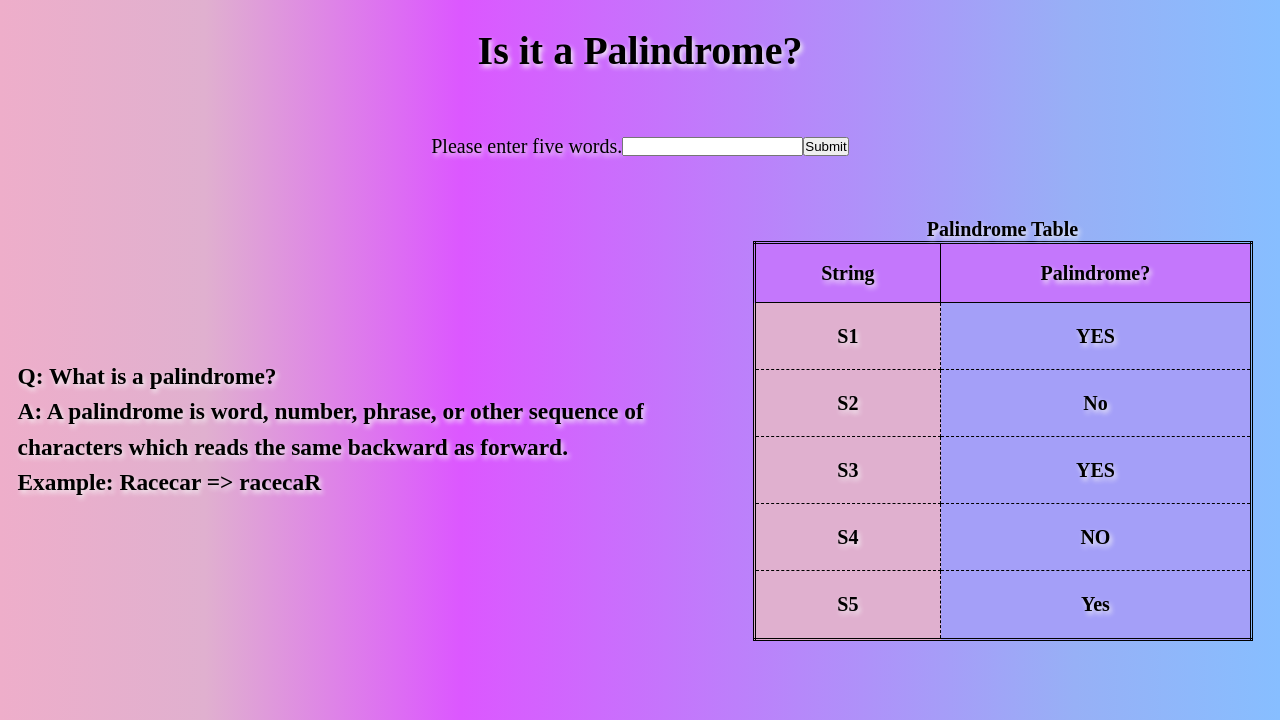
Repository: mlmEFSC21/P18-Palindrome-Table
Page: palindrome.html
An editor plug-in stored every save of this project. The page is shown before and after the next save, followed by the edit.
The browser window is 1280 px wide. The pictures show the whole page.

Above is the page before, as saved 2022-04-04 14:19:45.

### palindrome.html
<!DOCTYPE html>
<html lang="en">
    <head>
        <meta charset="UTF-8" />
        <meta http-equiv="X-UA-Compatible" content="IE=edge" />
        <meta name="viewport" content="width=device-width, initial-scale=1.0" />
        <link rel="stylesheet" href="palindrome.css" />
        <script defer src="palindrome.js"></script>
        <title>Palindrome Table</title>
    </head>
    <body>
        <header class="mainHeader">
            <h1>Is it a Palindrome?</h1>
        </header>
        <div class="mainContent">
            <div class="formContainer" id="formContainer">
                <form class="palindromeForm" id="palindromeForm">
                    <label for="stringInput">Please enter five words.</label>
                    <input
                        type="text"
                        name="stringInput"
                        class="stringInput"
                        id="stringInput"
                        required
                    />
                    <button type="submit" class="submit-btn" id="submit-btn">Submit</button>
                </form>
            </div>
            <div class="tableContainer" id="tableContainer">
                <div class="definition">
                    <h3>
                        <p>Q: What is a palindrome?</p>
                        <p>
                            A: A palindrome is word, number, phrase, or other sequence of characters
                            which reads the same backward as forward.
                        </p>
                        <p>Example: Racecar => racecaR</p>
                    </h3>
                </div>
                <table>
                    <caption>
                        Palindrome Table
                    </caption>
                    <thead>
                        <tr>
                            <th>String</th>
                            <th>Palindrome?</th>
                        </tr>
                    </thead>
                    <tbody>
                        <tr>
                            <td class="string">S1</td>
                            <td class="yes-no">YES</td>
                        </tr>
                        <tr>
                            <td class="string">S2</td>
                            <td class="yes-no">No</td>
                        </tr>
                        <tr>
                            <td class="string">S3</td>
                            <td class="yes-no">YES</td>
                        </tr>
                        <tr>
                            <td class="string">S4</td>
                            <td class="yes-no">NO</td>
                        </tr>
                        <tr>
                            <td class="string">S5</td>
                            <td class="yes-no">Yes</td>
                        </tr>
                    </tbody>
                </table>
            </div>
        </div>
    </body>
</html>

### palindrome.css
*,
*::after,
*::before {
    box-sizing: border-box;
    margin: 0;
    padding: 0;
}
body {
    text-shadow: 2px 3px 5px whitesmoke;
    font-size: 1.25rem;
    background: rgb(238, 174, 202);
    background: linear-gradient(
        90deg,
        rgba(238, 174, 202, 1) 0%,
        rgba(224, 176, 207, 1) 16%,
        rgba(220, 87, 255, 1) 36%,
        rgba(151, 176, 246, 1) 84%,
        rgba(135, 190, 255, 1) 100%
    );
}
header {
    display: flex;
    align-items: center;
    justify-content: center;
    height: 100px;
}
.mainContent {
    display: flex;
    flex-wrap: wrap;
}
.formContainer {
    width: 100vw;
    margin: 10px, auto;
    padding: 15px;
}
form {
    display: flex;
    justify-content: center;
    align-items: center;
    margin: 10px;
    padding: 10px;
}
.tableContainer {
    display: flex;
    justify-content: space-around;
    align-items: space-around;
    padding: 15px;
}
.definition {
    justify-self: center;
    align-self: center;
    flex-wrap: wrap;
    flex-basis: 720px;
    line-height: 1.5;
}
table {
    border-collapse: collapse;
    border: 3px double black;
    margin: 10px;
    padding: 10px;
    width: 500px;
    height: 400px;
    text-align: center;
    font-weight: 700;
}
th {
    height: 60px;
    border: 1px solid black;
    padding: 15px;
    background-color: #c477fc;
}
tr,
td {
    height: 30px;
    border: 1px dashed black;
    padding: 10px;
}
td {
    background-color: #e0b0cf;
}
td:nth-child(even) {
    background-color: #a49ff8;
}

Loaded but not shown: palindrome.js (no stored copy; drawn as an empty file)

After the next save:
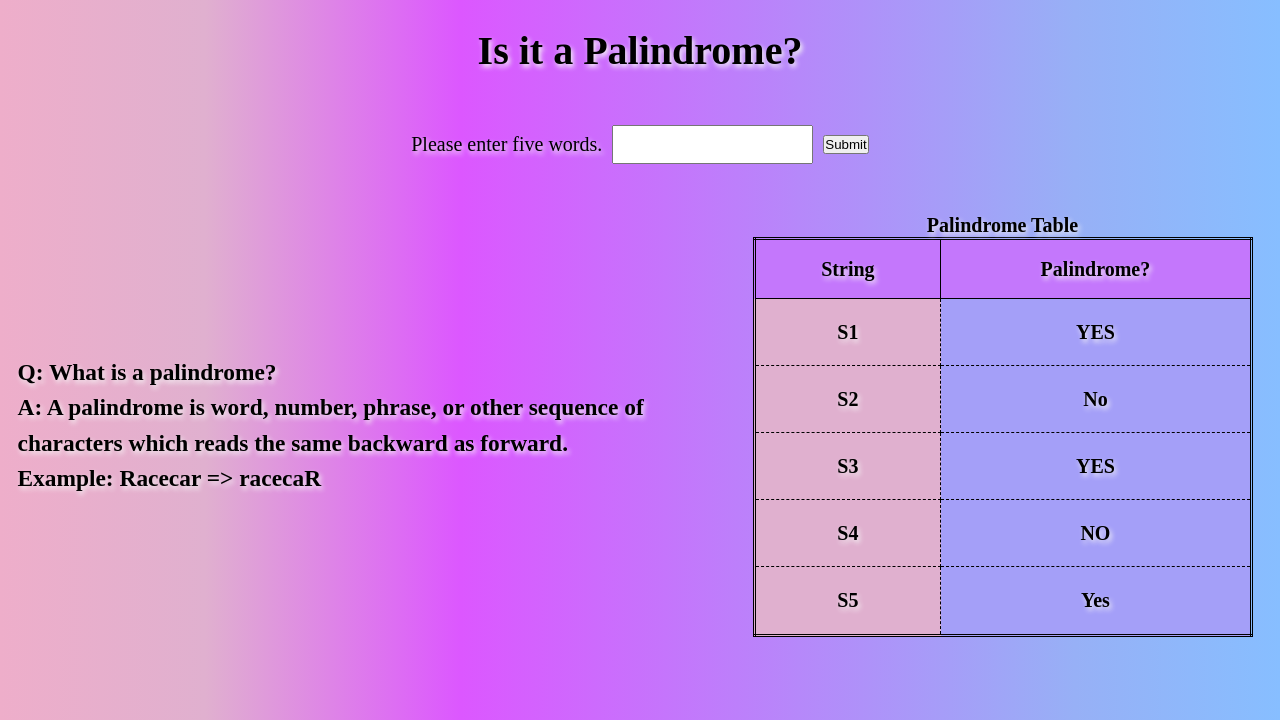
Saved 32 s later.
--- a/palindrome.css
+++ b/palindrome.css
@@ -37,6 +37,8 @@ form {
     display: flex;
     justify-content: center;
     align-items: center;
+}
+input {
     margin: 10px;
     padding: 10px;
 }
